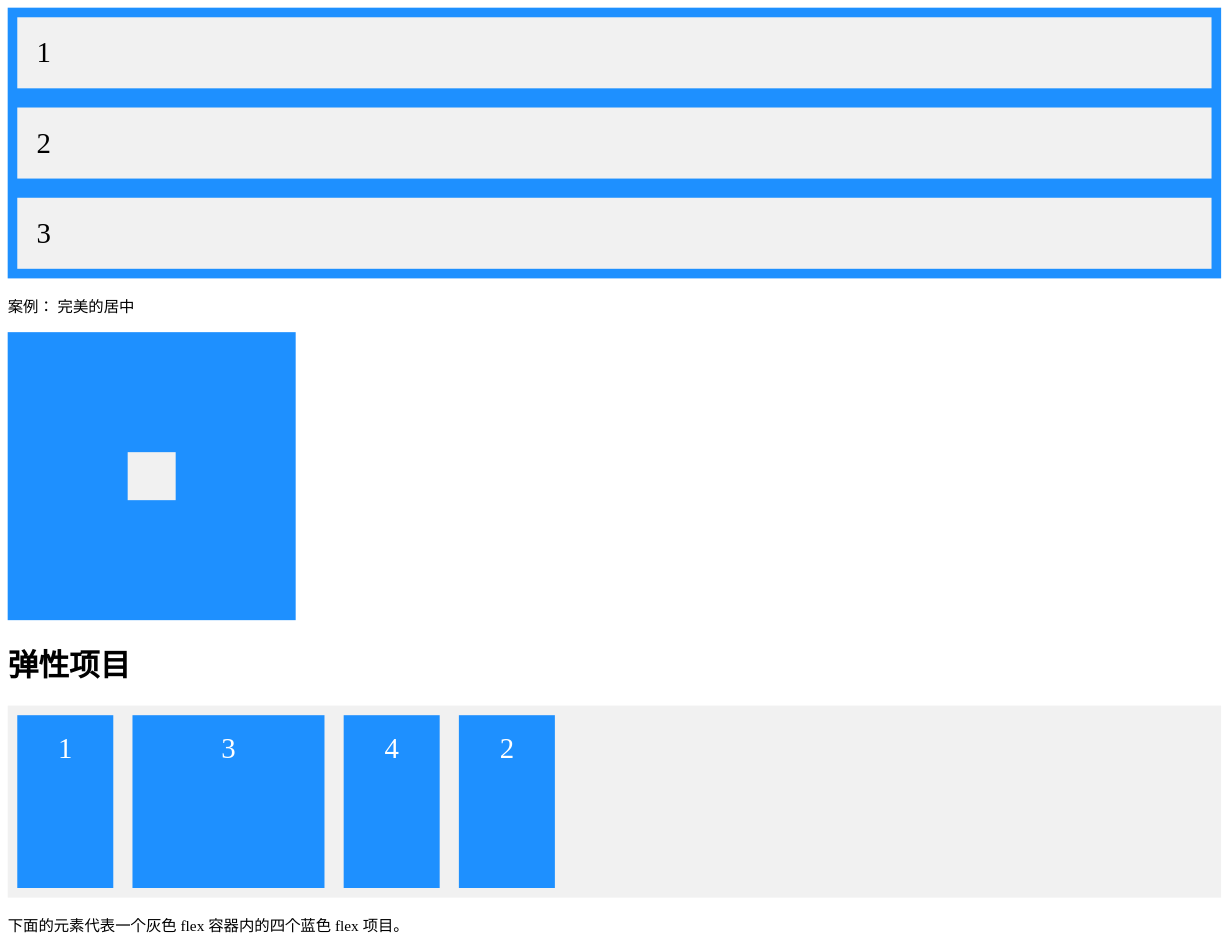
Repository: yuquan1006/-
Page: 02_css/13_布局_flex.html
An editor plug-in stored every save of this project. The page is shown before and after the next save, followed by the edit.
The browser window is 1280 px wide. The pictures show the whole page, at 96% of full size.

Above is the page before, as saved 2023-07-04 14:20:11.

After the next save:
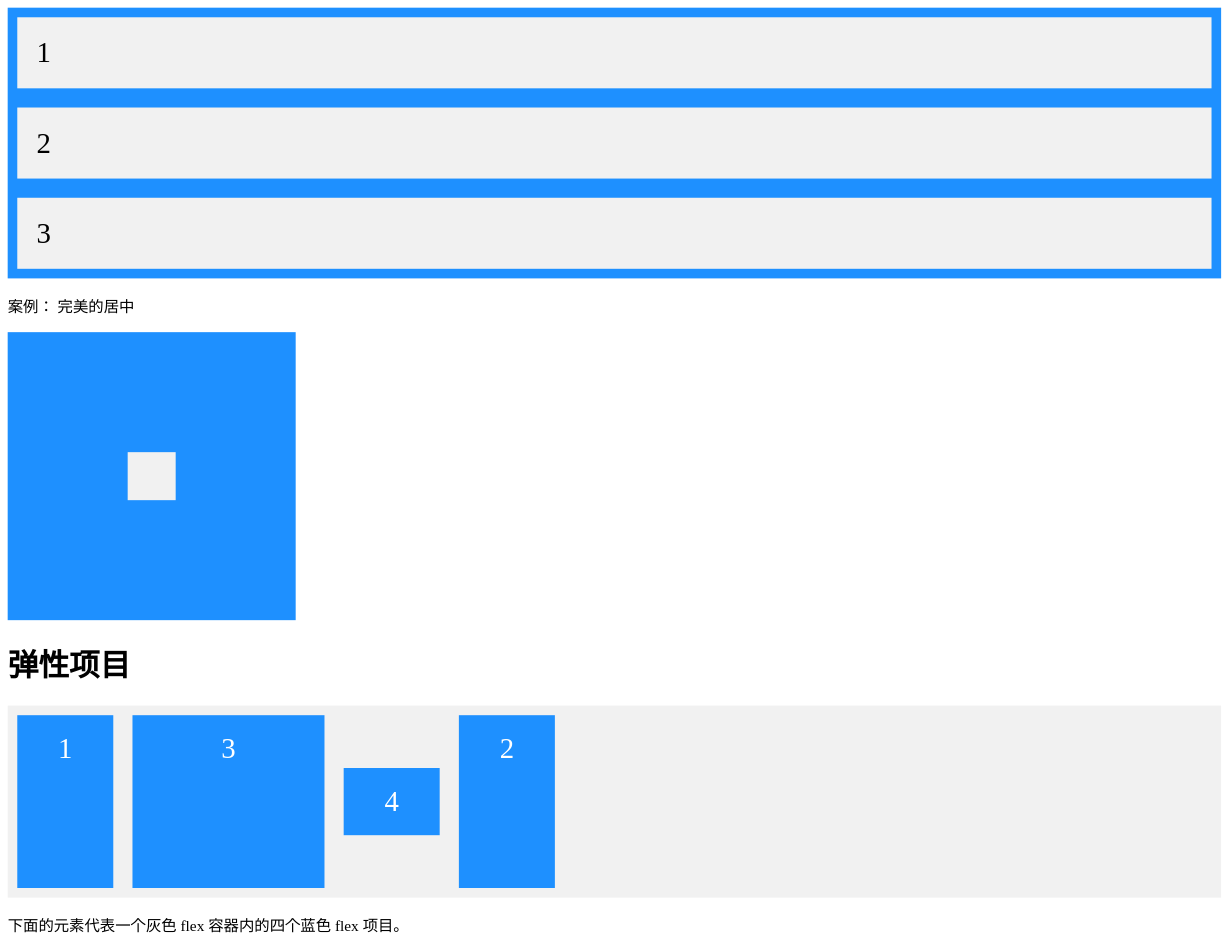
Saved 3 s later.
--- a/02_css/13_布局_flex.html
+++ b/02_css/13_布局_flex.html
@@ -109,7 +109,7 @@
         <div style="order: -1;">1</div>
         <div  style="order: 9;">2</div>
         <div style="flex-basis: 200px;">3</div>
-        <div style="align-self: ;">4</div>
+        <div style="align-self: center;">4</div>
     </div>
     <P>下面的元素代表一个灰色 flex 容器内的四个蓝色 flex 项目。</P>
 
